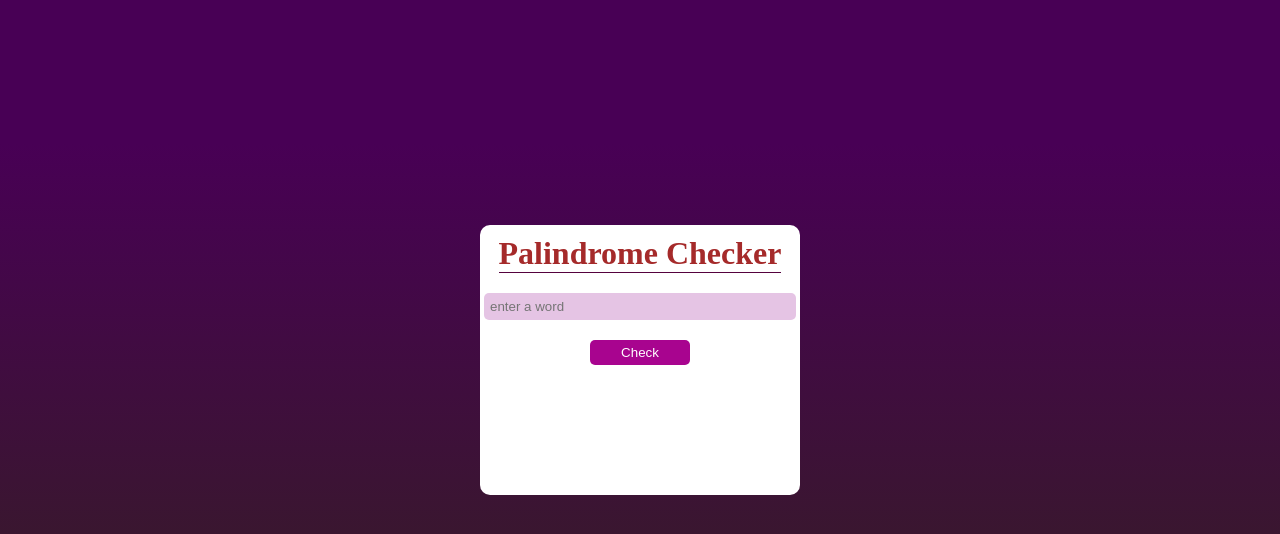
Repository: albinsabu2023/palindromeChecker
Page: index.html
An editor plug-in stored every save of this project. The page is shown before and after the next save, followed by the edit.
The browser window is 1280 px wide. The pictures show the whole page.

Above is the page before, as saved 2023-09-12 01:36:19.

### index.html
<!DOCTYPE html>
<html lang="en">
<head>
    <meta charset="UTF-8">
    <meta name="viewport" content="width=device-width, initial-scale=1.0">
    <title>Document</title>
    <link rel="stylesheet" href="style.css">
</head>
<body>
    <div class="container">
        <h1>Palindrome Checker</h1>

        <input type="text" id="inputText" placeholder="enter a word">
        <button id="checkButton">Check</button>
        <div id="result">

        </div>
    </div>
    <script src="home.js"></script>
</body>
</html>

### style.css
*{
    margin:0;

}
body{
    display: flex;
    align-items: center;
    justify-content: center;
    height: 100vh;
    background:linear-gradient(rgb(72, 0, 85) 20%, rgb(58, 22, 48) 74%) ;
}
.container{
    padding: 10px;
    margin: 10px;
    background-color: white;
    border-radius: 10px;
    display: flex;
    flex-direction: column ;
    align-items: center;
    /* justify-content: center; */
    gap: 20px;
    width: 300px;
    height: 250px;

}
.container h1{
    color: brown;

    border-bottom: 1px solid rgb(85, 2, 62);
}

.container input{
    background-color: rgb(170, 60, 165,30%);
    border-radius: 5px;
    padding: 6px;
    border:none;
    width: 100%;

}
.container input:focus{
    outline: none;
}
.container button{
    border: none;
    background-color: rgb(168, 4, 143);
    padding: 5px;
    width: 100px;
    border-radius: 5px;
    color: white;



}
.container button:hover{
    background-color: rgb(119, 29, 109);
}

#result{
    margin-top: 200px;
    font-size: 18px;
    font-weight: bold;

}

Loaded but not shown: home.js (no copy from this time; the picture is the same without it)

After the next save:
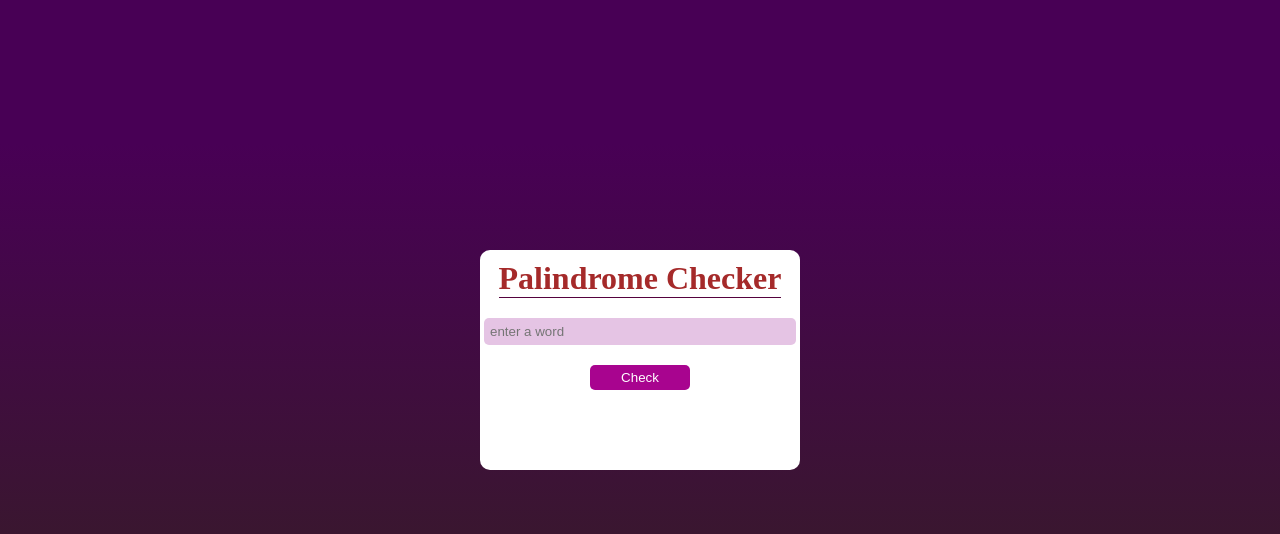
Saved 10 s later.
--- a/style.css
+++ b/style.css
@@ -20,7 +20,7 @@ body{
     /* justify-content: center; */
     gap: 20px;
     width: 300px;
-    height: 250px;
+    height: 200px;
 
 }
 .container h1{
